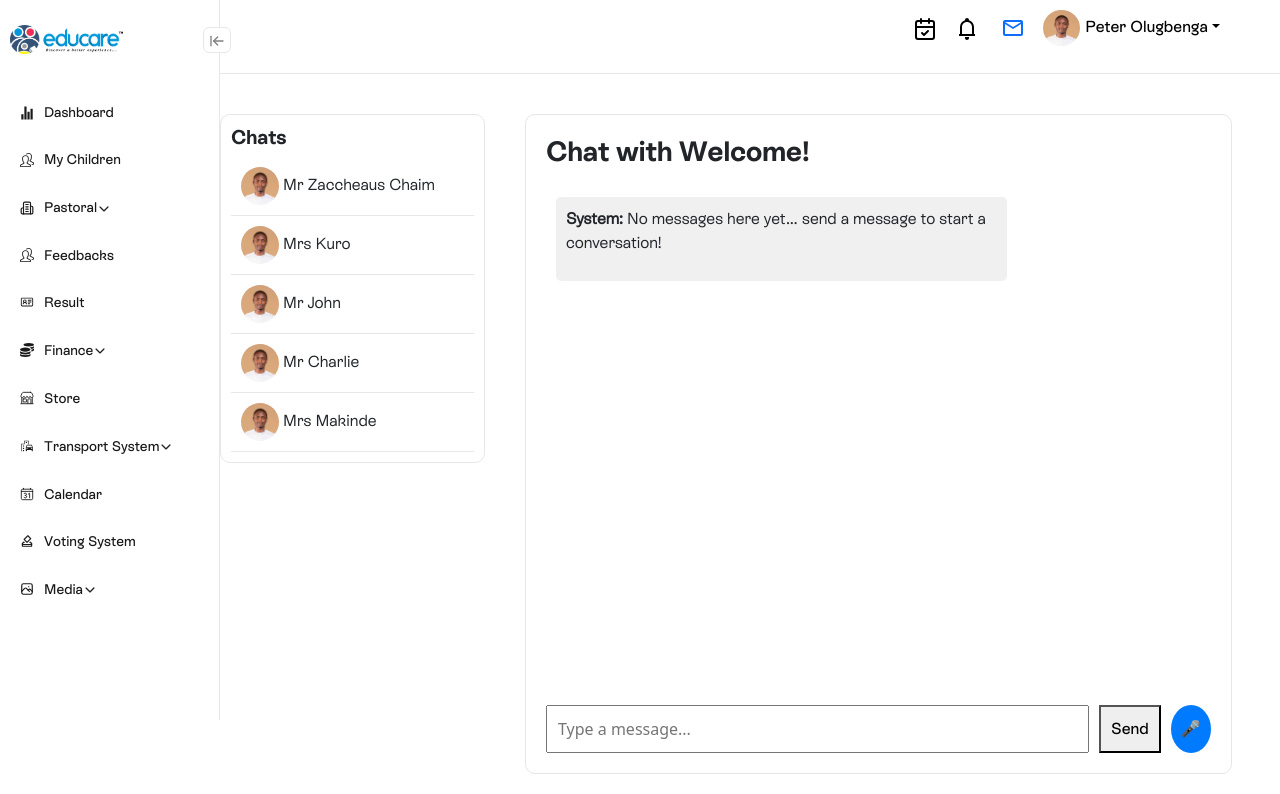
Repository: sarahnnanyelugo/educare-dashboards
Page: /chat-interface
An editor plug-in stored every save of this project. The page is shown before and after the next save, followed by the edit.
The browser window is 1280 px wide. The pictures show the whole page.
The project was rebuilt for these pictures with package versions that can differ from the ones it lists, and the page was loaded fresh each time. Also part of the build but not shown: src/Dashboards/Parents/Feedbacks/feedbacks.scss, src/components/AppTable/table.scss, src/components/AppTable/AppTable.js, src/Utils/DataUtils.js, src/components/Select/select.scss, src/components/Select/Select.js, src/components/Search/search.scss, src/components/Search/Search.js and 50 more.

Above is the page before, as saved 2024-11-27 12:53:05.

After the next save:
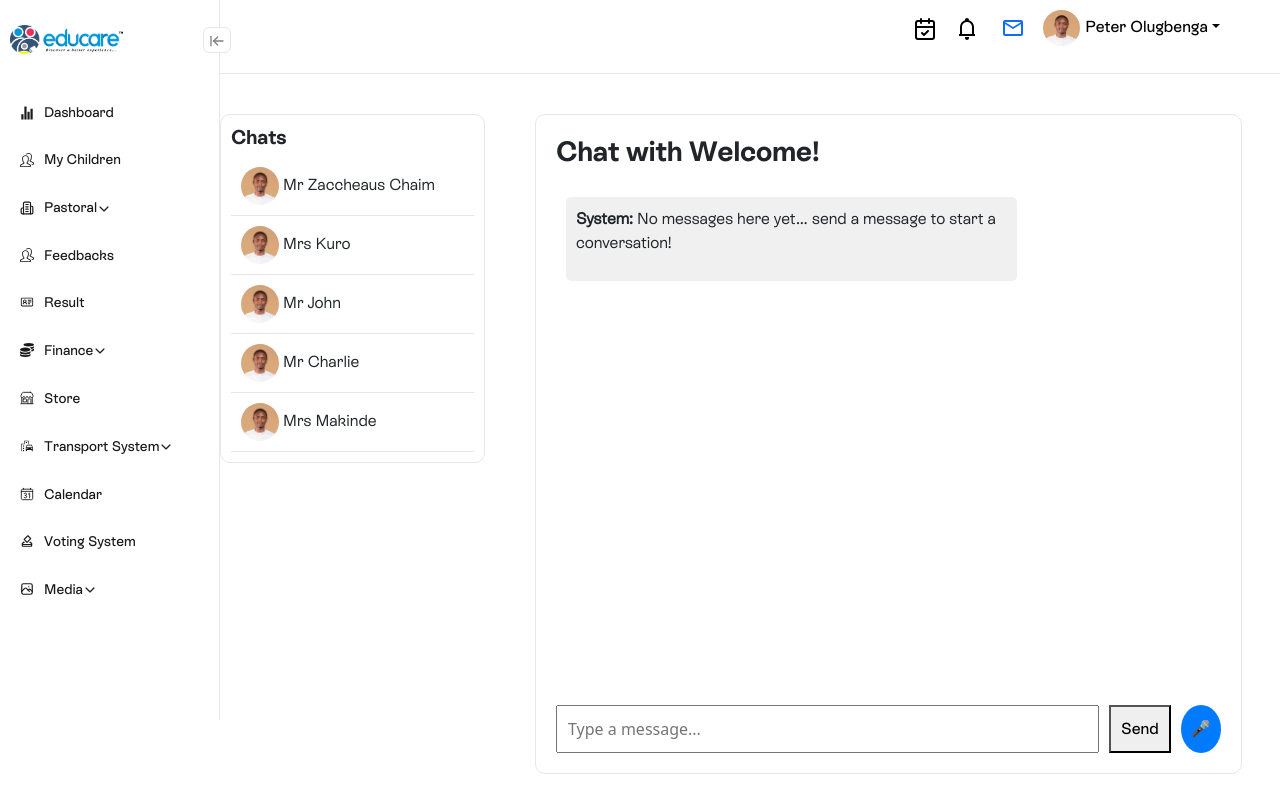
Saved 5 s later.
--- a/src/components/TopNav/ChatInterface/chat.scss
+++ b/src/components/TopNav/ChatInterface/chat.scss
@@ -40,7 +40,7 @@
   display: flex;
   flex-direction: column;
   margin-top: 40px;
-  margin: 40px 20px 20px 40px;
+  margin: 40px 20px 20px 50px;
 }
 
 .message-list {
